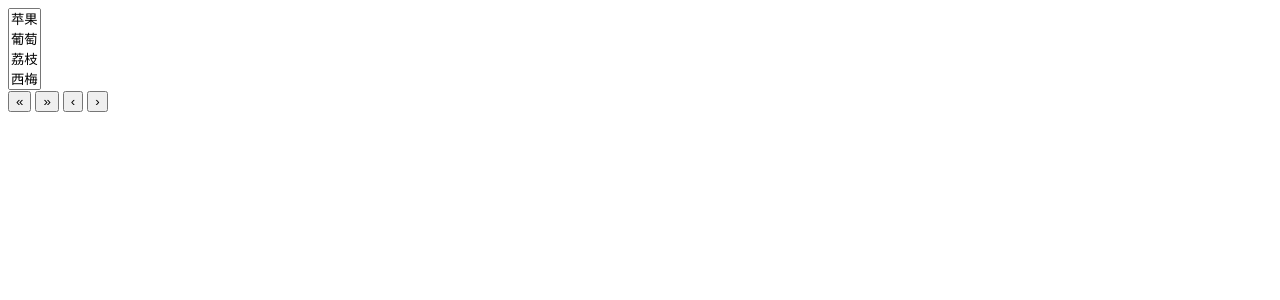
Repository: tfdonna/fontend
Page: js第一阶段/jquery/WebContent/hw02-移动选项.html
An editor plug-in stored every save of this project. The page is shown before and after the next save, followed by the edit.
The browser window is 1280 px wide. The pictures show the whole page.

Above is the page before, as saved 2021-09-06 11:56:03.

### js第一阶段/jquery/WebContent/hw02-移动选项.html
<!DOCTYPE html>
<html>
<head>
	<meta charset="UTF-8">
	<title>Insert title here</title>
	<script type="text/javascript" src="jquery.js"></script>
</head>
<body>
    <div class="box">
        <select class="t1" multiple="multiple">
            <option value="fruit">苹果</option>
            <option value="fruit">葡萄</option>
            <option value="fruit">荔枝</option>
            <option value="fruit">西梅</option>
            <option value="fruit">香蕉</option>
        </select>
    </div>
    <div class="btn">
        <button>«</button>
        <button>»</button>
        <button>‹</button>
        <button>›</button>
    </div>
</body>
</html>

Loaded but not shown: js第一阶段/jquery/WebContent/jquery.js (library)

After the next save:
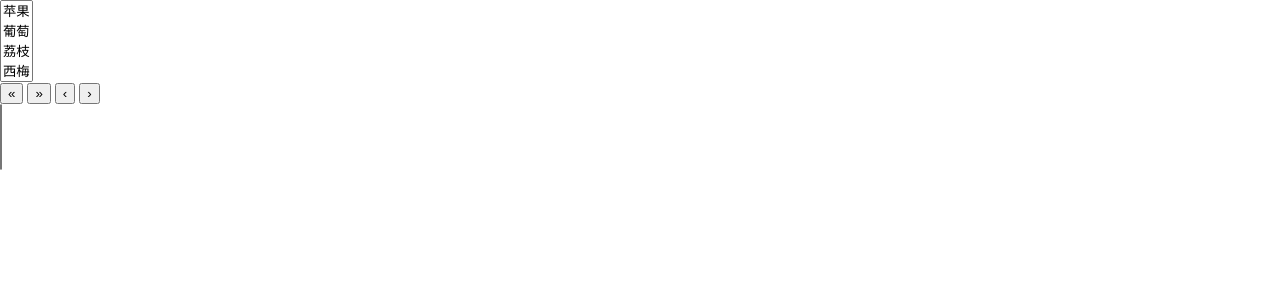
Saved 2 min 28 s later.
--- a/js第一阶段/jquery/WebContent/hw02-移动选项.html
+++ b/js第一阶段/jquery/WebContent/hw02-移动选项.html
@@ -4,10 +4,19 @@
 	<meta charset="UTF-8">
 	<title>Insert title here</title>
 	<script type="text/javascript" src="jquery.js"></script>
+	<style type="text/css">
+	body {
+	   margin: 0;
+	   padding: 0;
+    }
+    .box{
+
+    }
+	</style>
 </head>
 <body>
     <div class="box">
-        <select class="t1" multiple="multiple">
+        <select class="t1" multiple="multiple" id="first">
             <option value="fruit">苹果</option>
             <option value="fruit">葡萄</option>
             <option value="fruit">荔枝</option>
@@ -21,5 +30,8 @@
         <button>‹</button>
         <button>›</button>
     </div>
+    <div class="box2">
+        <select class="t1" multiple="multiple" id="second"></select>
+    </div>
 </body>
 </html>
